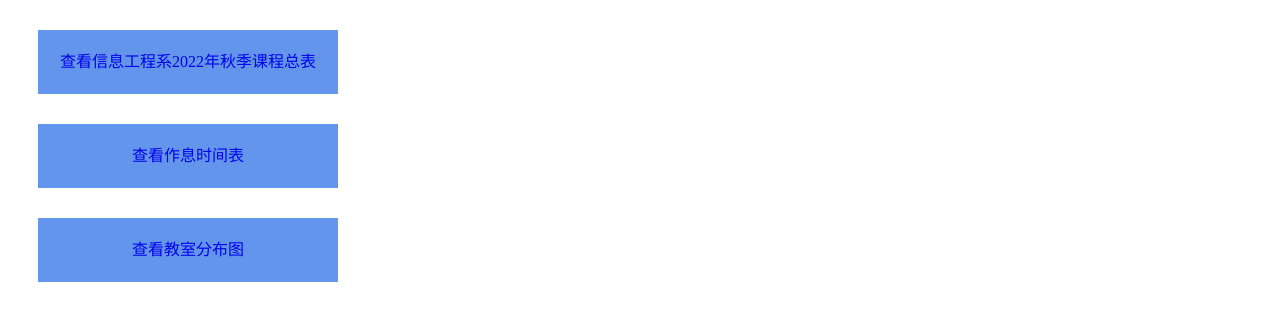
Repository: teacherlonglong/teacherlonglong.github.io
Page: index.html
An editor plug-in stored every save of this project. The page is shown before and after the next save, followed by the edit.
The browser window is 1280 px wide. The pictures show the whole page.

Above is the page before, as saved 2022-09-13 17:02:59.

### index.html
<html>

<head>
    <title>欢迎</title>
    <style>
        .mylink{
            display: block;
            text-decoration: none;
            line-height: 64px;
            height: 64px;
            background-color: cornflowerblue;
            width: 300px;
            margin:30px;
            text-align: center;
        }
    </style>
</head>

<body>
    <a class="mylink" href="./信息工程系2022年秋季课程总表.htm">查看信息工程系2022年秋季课程总表</a>
    <a class="mylink" href="./作息时间表.htm">查看作息时间表</a>
    <a class="mylink" href="./教室分布图.htm">查看教室分布图</a>
</body>

</html>

After the next save:
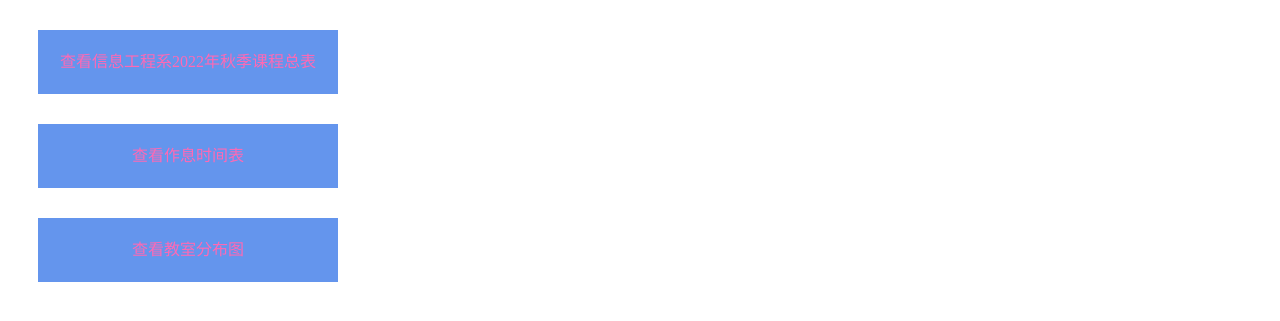
Saved 21 s later.
--- a/index.html
+++ b/index.html
@@ -12,6 +12,7 @@
             width: 300px;
             margin:30px;
             text-align: center;
+            color:hotpink;
         }
     </style>
 </head>
